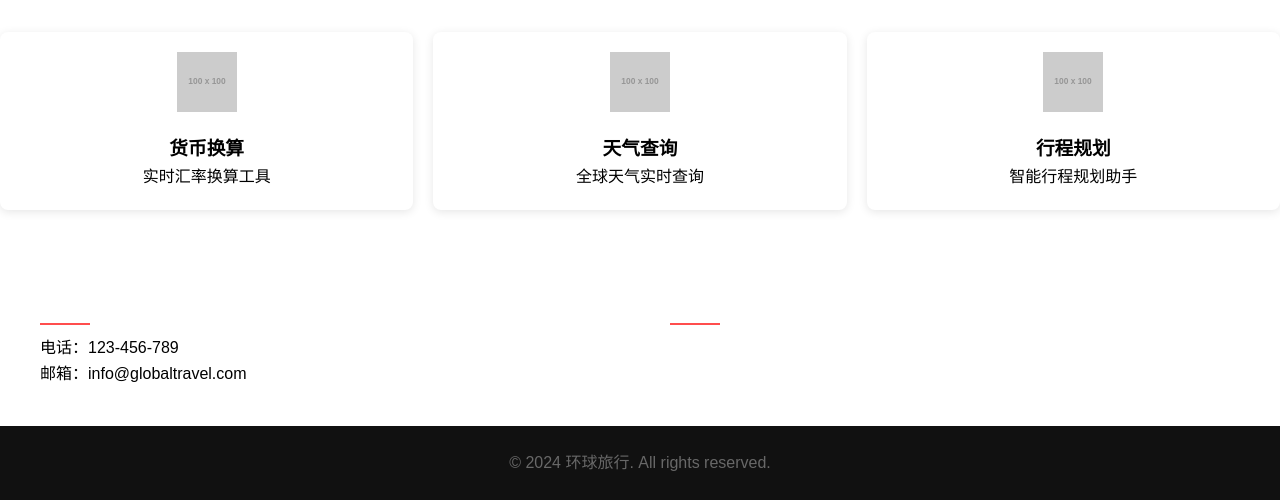
Repository: huang-heavenly-Emperor/travel_1
Page: pages/guide.html
The author's editor kept a copy of each file at every save. The page is drawn from the files as they stood at one save, then again after the next save.
The browser window is 1280 px wide. The pictures show the part of the page from y = 1397 to 2349 px (the page is 1897 px tall before and 2423 px after).

Above is the page before, as saved 2024-11-18 03:40:38.
Not found: css/common.css

### pages/guide.html
<!DOCTYPE html>
<html lang="zh">

<head>
  <meta charset="UTF-8">
  <title>旅游指南 - 环球旅行</title>
  <link rel="stylesheet" href="../css/common.css">
  <link rel="stylesheet" href="../css/style.css">
  <link rel="stylesheet" href="../css/guide.css">
</head>

<body>
    <!-- 导航栏 -->
    <nav class="main-nav">
      <div class="nav-logo">
          <h1>环球旅行</h1>
      </div>

      <!-- 汉堡菜单按钮 -->
      <div class="hamburger">
          <span></span>
          <span></span>
          <span></span>
      </div>

      <!-- 导航菜单 -->
      <div class="nav-menu">
          <ul class="nav-links">
              <li><a href="../index.html">首页</a></li>
              <li><a href="about.html" class="active">关于我们</a></li>
              <li><a href="destinations.html">目的地</a></li>
              <li><a href="travel-tips.html">旅游指南</a></li>
              <li><a href="news-events.html">新闻活动</a></li>
              <li><a href="contact.html">联系我们</a></li>
          </ul>
          <div class="theme-switch">
            <button class="theme-toggle" aria-label="切换主题">
                <i class="fas fa-sun light-icon"></i>
                <i class="fas fa-moon dark-icon"></i>
            </button>
        </div>
          <div class="nav-auth">
              <a href="login.html" class="btn-login">登录</a>
              <a href="register.html" class="btn-register">注册</a>
          </div>
      </div>
  </nav>

  <!-- 页面头部 -->
  <header class="about-header">
      <div class="header-content">
          <h1>关于我们</h1>
          <p>探索世界，创造回忆</p>
      </div>
  </header>
  <!-- 主要内容 -->
  <main>
    <!-- banner区域 -->
    <section class="banner">
      <div class="container">
        <h1>探索世界的每个角落</h1>
        <p>专业的旅游攻略，让您的旅程更加完美</p>
      </div>
    </section>

    <!-- 目的地分类 -->
    <section class="destination-category">
      <div class="container">
        <h2>目的地分类</h2>
        <div class="category-grid">
          <div class="category-item">
            <img src="https://picsum.photos/300/200?random=1" alt="亚洲">
            <h3>亚洲</h3>
            <p>探索东方文化与美食</p>
          </div>
          <div class="category-item">
            <img src="https://picsum.photos/300/200?random=2" alt="欧洲">
            <h3>欧洲</h3>
            <p>感受历史与艺术的魅力</p>
          </div>
          <div class="category-item">
            <img src="https://picsum.photos/300/200?random=3" alt="美洲">
            <h3>美洲</h3>
            <p>体验自然与现代的融合</p>
          </div>
        </div>
      </div>
    </section>

    <!-- 热门攻略 -->
    <section class="popular-guides">
      <div class="container">
        <h2>热门攻略</h2>
        <div class="guide-grid">
          <article class="guide-card">
            <img src="https://picsum.photos/400/300?random=4" alt="日本旅游攻略">
            <div class="guide-content">
              <h3>日本旅游攻略</h3>
              <p>包含交通、住宿、美食等详细信息</p>
              <a href="#" class="btn">查看详情</a>
            </div>
          </article>
          <article class="guide-card">
            <img src="https://picsum.photos/400/300?random=5" alt="泰国旅游攻略">
            <div class="guide-content">
              <h3>泰国旅游攻略</h3>
              <p>曼谷、清迈、普吉岛深度游</p>
              <a href="#" class="btn">查看详情</a>
            </div>
          </article>
          <article class="guide-card">
            <img src="https://picsum.photos/400/300?random=6" alt="意大利旅游攻略">
            <div class="guide-content">
              <h3>意大利旅游攻略</h3>
              <p>罗马、威尼斯、佛罗伦萨精选路线</p>
              <a href="#" class="btn">查看详情</a>
            </div>
          </article>
        </div>
      </div>
    </section>

    <!-- 实用工具 -->
    <section class="travel-tools">
      <div class="container">
        <h2>实用工具</h2>
        <div class="tools-grid">
          <div class="tool-item">
            <img src="https://via.placeholder.com/100?text=Tool1" alt="货币换算">
            <h3>货币换算</h3>
            <p>实时汇率换算工具</p>
          </div>
          <div class="tool-item">
            <img src="https://via.placeholder.com/100?text=Tool2" alt="天气查询">
            <h3>天气查询</h3>
            <p>全球天气实时查询</p>
          </div>
          <div class="tool-item">
            <img src="https://via.placeholder.com/100?text=Tool3" alt="行程规划">
            <h3>行程规划</h3>
            <p>智能行程规划助手</p>
          </div>
        </div>
      </div>
    </section>
  </main>

  <!-- 页脚 -->
  <footer>
    <div class="container">
      <div class="footer-content">
        <div class="footer-section">
          <h3>联系我们</h3>
          <p>电话：123-456-789</p>
          <p>邮箱：info@globaltravel.com</p>
        </div>
        <div class="footer-section">
          <h3>关注我们</h3>
          <div class="social-links">
            <a href="#">微信</a>
            <a href="#">微博</a>
            <a href="#">抖音</a>
          </div>
        </div>
      </div>
      <div class="footer-bottom">
        <p>&copy; 2024 环球旅行. All rights reserved.</p>
      </div>
    </div>
  </footer>
</body>

</html>

### css/style.css
/* 基础样式 */
* {
    margin: 0;
    padding: 0;
    box-sizing: border-box;
}

body {
    font-family: 'Microsoft YaHei', sans-serif;
    line-height: 1.6;
    background-color: var(--bg-primary);
    color: var(--text-primary);
}

/* 导航栏样式 */
.main-nav {
    position: fixed;
    top: 0;
    left: 0;
    width: 100%;
    background: var(--bg-primary);
    padding: 1rem 5%;
    display: flex;
    justify-content: space-between;
    align-items: center;
    z-index: 1000;
    box-shadow: 0 2px 10px var(--shadow-color);
}

.nav-logo h1 {
    font-size: 1.5rem;
    color: #333;
}

.nav-links {
    display: flex;
    list-style: none;
    gap: 2rem;
}

.nav-links a {
    text-decoration: none;
    color: var(--text-primary);
    font-weight: 500;
    transition: color 0.3s ease;
}

.nav-links a:hover,
.nav-links a.active {
    color: var(--primary-color);
}

.nav-auth {
    display: flex;
    gap: 1rem;
}

.btn-login,
.btn-register {
    padding: 0.5rem 1rem;
    border-radius: 5px;
    text-decoration: none;
    transition: all 0.3s ease;
}

.btn-login {
    color: #ff4d4d;
    border: 1px solid #ff4d4d;
}

.btn-register {
    background: #ff4d4d;
    color: #fff;
}

.btn-login:hover {
    background: #ff4d4d;
    color: #fff;
}

.btn-register:hover {
    background: #ff3333;
}

/* 轮播图样式优化 */
.hero-slider {
    height: 100vh;
    position: relative;
    overflow: hidden;
}

.slide {
    position: relative;
    height: 100%;
}

.slide img {
    width: 100%;
    height: 100%;
    object-fit: cover;
}

.slide-content {
    position: absolute;
    top: 50%;
    left: 10%;
    transform: translateY(-50%);
    color: #fff;
    max-width: 600px;
    text-shadow: 2px 2px 4px rgba(0,0,0,0.3);
}

.slide-content h2 {
    font-size: 3.5rem;
    margin-bottom: 1rem;
    opacity: 0;
    transform: translateY(20px);
    animation: fadeInUp 0.8s forwards;
}

.slide-content p {
    font-size: 1.2rem;
    margin-bottom: 2rem;
    opacity: 0;
    transform: translateY(20px);
    animation: fadeInUp 0.8s 0.2s forwards;
}

.btn-explore {
    display: inline-block;
    padding: 1rem 2rem;
    background: #ff4d4d;
    color: #fff;
    text-decoration: none;
    border-radius: 30px;
    transition: all 0.3s ease;
    opacity: 0;
    transform: translateY(20px);
    animation: fadeInUp 0.8s 0.4s forwards;
}

.btn-explore:hover {
    background: #ff3333;
    transform: translateY(-2px);
    box-shadow: 0 5px 15px rgba(255,77,77,0.3);
}

/* 特色目的地样式 */
.featured-destinations {
  padding: 4rem 5%;
}

.section-header {
  text-align: center;
  margin-bottom: 3rem;
}

.destination-grid {
  display: grid;
  grid-template-columns: repeat(auto-fit, minmax(280px, 1fr));
  gap: 2rem;
}

.destination-card {
    position: relative;
    border-radius: 15px;
    overflow: hidden;
    box-shadow: 0 10px 20px rgba(0,0,0,0.1);
    transition: all 0.3s ease;
}

.destination-card:hover {
    transform: translateY(-10px);
    box-shadow: 0 15px 30px rgba(0,0,0,0.2);
}

.destination-image {
    position: relative;
    height: 400px;
}

.destination-image img {
    width: 100%;
    height: 100%;
    object-fit: cover;
    transition: transform 0.3s ease;
}

.destination-card:hover .destination-image img {
    transform: scale(1.1);
}

.destination-overlay {
    position: absolute;
    bottom: 0;
    left: 0;
    right: 0;
    background: linear-gradient(transparent, rgba(0,0,0,0.8));
    padding: 2rem;
    color: #fff;
    transform: translateY(100%);
    transition: transform 0.3s ease;
}

.destination-card:hover .destination-overlay {
    transform: translateY(0);
    opacity: 1;
}

.destination-info {
    position: absolute;
    bottom: 0;
    left: 0;
    right: 0;
    background: rgba(0,0,0,0.5);
    padding: 1.5rem;
    color: #fff;
    transform: translateY(100%);
    transition: transform 0.3s ease;
}

.destination-card:hover .destination-info {
    transform: translateY(0);
}

.destination-info h3 {
    font-size: 2rem;
    margin-bottom: 0.5rem;
}

.destination-info p {
    font-size: 1.2rem;
    margin-bottom: 1rem;
}

.destination-meta {
    display: flex;
    justify-content: space-between;
    align-items: center;
    margin-bottom: 1rem;
}

.destination-meta span {
    display: flex;
    align-items: center;
    font-size: 1.2rem;
}

.destination-meta i {
    margin-right: 0.5rem;
}

.btn-explore {
    display: inline-block;
    padding: 1rem 2rem;
    background: #ff4d4d;
    color: #fff;
    text-decoration: none;
    border-radius: 30px;
    transition: all 0.3s ease;
    opacity: 0;
    transform: translateY(20px);
    animation: fadeInUp 0.8s 0.4s forwards;
}

.btn-explore:hover {
    background: #ff3333;
    transform: translateY(-2px);
    box-shadow: 0 5px 15px rgba(255,77,77,0.3);
}

/* 页脚样式 */
.footer {
    background: #303036;
    color: #d3d3d3;
    padding: 20px 0;
    position: relative;
    bottom: 0;
    width: 100%;
}

.footer-content {
    display: flex;
    justify-content: space-around;
    flex-wrap: wrap;
    padding: 20px;
    gap: 20px;
}

.footer-section {
    flex: 1;
    min-width: 300px;
    padding: 20px;
}

.footer-section h3 {
    color: white;
    margin-bottom: 15px;
    position: relative;
}

.footer-section h3::before {
    content: '';
    position: absolute;
    left: 0;
    bottom: -5px;
    width: 50px;
    height: 2px;
    background: #ff4d4d;
}

.footer-section.about p {
    margin: 15px 0;
}

.socials {
    margin-top: 20px;
}

.socials a {
    display: inline-block;
    width: 35px;
    height: 35px;
    background: #ff4d4d;
    color: white;
    text-align: center;
    line-height: 35px;
    margin-right: 10px;
    border-radius: 5px;
    transition: all 0.3s;
}

.socials a:hover {
    background: #fff;
    color: #ff4d4d;
    transform: translateY(-5px);
}

.footer-section.links ul {
    list-style: none;
}

.footer-section.links ul li {
    margin-bottom: 10px;
}

.footer-section.links ul li a {
    color: #d3d3d3;
    text-decoration: none;
    transition: color 0.3s;
}

.footer-section.links ul li a:hover {
    color: white;
    padding-left: 10px;
}

.footer-section.contact span {
    display: block;
    margin-bottom: 10px;
}

.footer-bottom {
    text-align: center;
    padding: 10px;
    background: #343a40;
    color: #686868;
}

/* 汉堡菜单样式 */
.hamburger {
    display: none;
    cursor: pointer;
    width: 30px;
    height: 20px;
    position: relative;
    z-index: 1001;
}

.hamburger span {
    display: block;
    width: 100%;
    height: 2px;
    background: #333;
    position: absolute;
    transition: all 0.3s ease;
}

.hamburger span:first-child {
    top: 0;
}

.hamburger span:nth-child(2) {
    top: 9px;
}

.hamburger span:last-child {
    top: 18px;
}

/* 汉堡菜单激活状态 */
.hamburger.active span:first-child {
    transform: rotate(45deg);
    top: 9px;
}

.hamburger.active span:nth-child(2) {
    opacity: 0;
}

.hamburger.active span:last-child {
    transform: rotate(-45deg);
    top: 9px;
}

/* 导航菜单样式 */
.nav-menu {
    display: flex;
    align-items: center;
    gap: 2rem;
}

.nav-auth {
    display: flex;
    gap: 1rem;
}

/* 防止菜单打开时背景滚动 */
body.no-scroll {
    overflow: hidden;
}

/* 菜单展开时的遮罩 */
.nav-menu::before {
    content: '';
    position: fixed;
    top: 0;
    left: 0;
    width: 100%;
    height: 100%;
    background: rgba(0, 0, 0, 0.5);
    opacity: 0;
    visibility: hidden;
    transition: 0.3s ease;
}

.nav-menu.active::before {
    opacity: 1;
    visibility: visible;
}

/* 特色服务样式 */
.features {
    padding: 5rem 0;
    background: #f8f9fa;
}

.features-grid {
    display: grid;
    grid-template-columns: repeat(auto-fit, minmax(250px, 1fr));
    gap: 2rem;
    margin-top: 3rem;
}

.feature-item {
    text-align: center;
    padding: 2rem;
    background: #fff;
    border-radius: 15px;
    transition: all 0.3s ease;
    box-shadow: 0 5px 15px rgba(0,0,0,0.05);
}

.feature-item:hover {
    transform: translateY(-10px);
    box-shadow: 0 15px 30px rgba(0,0,0,0.1);
}

.feature-item i {
    font-size: 2.5rem;
    color: #ff4d4d;
    margin-bottom: 1.5rem;
}

.feature-item h3 {
    margin-bottom: 1rem;
    color: #333;
}

.feature-item p {
    color: #666;
}

/* 旅游攻略样式 */
.travel-guides {
    padding: 5rem 0;
    background: #fff;
}

.guides-grid {
    display: grid;
    grid-template-columns: repeat(auto-fit, minmax(300px, 1fr));
    gap: 2rem;
    margin-top: 3rem;
}

.guide-card {
    background: #fff;
    border-radius: 15px;
    overflow: hidden;
    box-shadow: 0 5px 15px rgba(0,0,0,0.05);
    transition: all 0.3s ease;
}

.guide-card:hover {
    transform: translateY(-10px);
    box-shadow: 0 15px 30px rgba(0,0,0,0.1);
}

.guide-image {
    position: relative;
    height: 200px;
}

.guide-image img {
    width: 100%;
    height: 100%;
    object-fit: cover;
}

.guide-category {
    position: absolute;
    top: 1rem;
    right: 1rem;
    background: #ff4d4d;
    color: #fff;
    padding: 0.5rem 1rem;
    border-radius: 20px;
    font-size: 0.9rem;
}

.guide-content {
    padding: 1.5rem;
}

.guide-meta {
    display: flex;
    gap: 1rem;
    margin: 1rem 0;
    color: #666;
    font-size: 0.9rem;
}

.btn-read {
    display: inline-block;
    padding: 0.8rem 1.5rem;
    background: #ff4d4d;
    color: #fff;
    text-decoration: none;
    border-radius: 25px;
    transition: all 0.3s ease;
}

.btn-read:hover {
    background: #ff3333;
    transform: translateY(-2px);
}

/* 用户评价样式 */
.testimonials {
    padding: 5rem 0;
    background: #f8f9fa;
}

.testimonials-slider {
    position: relative;
    max-width: 1200px;
    margin: 0 auto;
    overflow: hidden;
}

.testimonial-card {
    background: #fff;
    border-radius: 15px;
    padding: 2rem;
    margin: 1rem;
    box-shadow: 0 5px 15px rgba(0,0,0,0.05);
}

.testimonial-header {
    display: flex;
    align-items: center;
    gap: 1rem;
    margin-bottom: 1.5rem;
}

.user-avatar {
    width: 60px;
    height: 60px;
    border-radius: 50%;
    object-fit: cover;
}

.rating {
    color: #ffd700;
    margin-top: 0.5rem;
}

.testimonial-content {
    font-style: italic;
    color: #666;
    margin-bottom: 1.5rem;
}

.testimonial-footer {
    display: flex;
    justify-content: space-between;
    color: #999;
    font-size: 0.9rem;
}

/* 页脚样式优化 */
.footer {
    background: #1a1a1a;
    color: #fff;
}

.footer-top {
    padding: 5rem 0;
}

.footer-grid {
    display: grid;
    grid-template-columns: repeat(auto-fit, minmax(250px, 1fr));
    gap: 3rem;
}

.footer h3 {
    color: #fff;
    margin-bottom: 1.5rem;
    position: relative;
    padding-bottom: 1rem;
}

.footer h3::after {
    content: '';
    position: absolute;
    left: 0;
    bottom: 0;
    width: 50px;
    height: 2px;
    background: #ff4d4d;
}

.footer-company p {
    margin-bottom: 1.5rem;
    color: #999;
}

.social-links {
    display: flex;
    gap: 1rem;
}

.social-links a {
    color: #fff;
    font-size: 1.2rem;
    transition: color 0.3s ease;
}

.social-links a:hover {
    color: #ff4d4d;
}

.footer-links ul,
.footer-destinations ul,
.footer-contact ul {
    list-style: none;
}

.footer-links li,
.footer-destinations li,
.footer-contact li {
    margin-bottom: 1rem;
}

.footer-links a,
.footer-destinations a {
    color: #999;
    text-decoration: none;
    transition: color 0.3s ease;
}

.footer-links a:hover,
.footer-destinations a:hover {
    color: #ff4d4d;
}

.footer-contact li {
    display: flex;
    align-items: center;
    gap: 1rem;
    color: #999;
}

.footer-newsletter {
    padding: 3rem 0;
    background: #222;
}

.newsletter-content {
    text-align: center;
    max-width: 600px;
    margin: 0 auto;
}

.newsletter-form {
    display: flex;
    gap: 1rem;
    margin-top: 1.5rem;
}

.newsletter-form input {
    flex: 1;
    padding: 1rem;
    border: none;
    border-radius: 25px;
    background: #333;
    color: #fff;
}

.newsletter-form button {
    padding: 1rem 2rem;
    background: #ff4d4d;
    color: #fff;
    border: none;
    border-radius: 25px;
    cursor: pointer;
    transition: background 0.3s ease;
}

.newsletter-form button:hover {
    background: #ff3333;
}

.footer-bottom {
    padding: 1.5rem 0;
    background: #111;
}

.footer-bottom-content {
    display: flex;
    justify-content: space-between;
    align-items: center;
}

.footer-bottom-links {
    display: flex;
    gap: 2rem;
}

.footer-bottom-links a {
    color: #999;
    text-decoration: none;
    transition: color 0.3s ease;
}

.footer-bottom-links a:hover {
    color: #ff4d4d;
}

/* 主题切换按钮样式 */
.theme-switch {
    margin-right: 1rem;
}

.theme-toggle {
    background: none;
    border: none;
    padding: 0.5rem;
    cursor: pointer;
    position: relative;
    width: 40px;
    height: 40px;
    border-radius: 50%;
    background: var(--bg-secondary);
    transition: all 0.3s ease;
}

.theme-toggle:hover {
    background: var(--bg-accent);
}

.theme-toggle i {
    font-size: 1.2rem;
    color: var(--text-primary);
    position: absolute;
    top: 50%;
    left: 50%;
    transform: translate(-50%, -50%);
    transition: all 0.3s ease;
}

.theme-toggle .light-icon {
    opacity: 0;
}

[data-theme="dark"] .theme-toggle .light-icon {
    opacity: 1;
}

[data-theme="dark"] .theme-toggle .dark-icon {
    opacity: 0;
}

/* 添加图片加载状态样式 */
.img-wrapper {
    position: relative;
    background: var(--bg-secondary);
    overflow: hidden;
}

.img-wrapper::before {
    content: '';
    display: block;
    padding-top: 56.25%; /* 16:9 比例 */
}

.img-wrapper img {
    position: absolute;
    top: 0;
    left: 0;
    width: 100%;
    height: 100%;
    object-fit: cover;
    opacity: 0;
    transition: opacity 0.3s ease;
}

.img-wrapper img.loaded {
    opacity: 1;
}

/* 添加加载动画 */
.img-wrapper::after {
    content: '';
    position: absolute;
    top: 0;
    left: -100%;
    width: 50%;
    height: 100%;
    background: linear-gradient(
        90deg,
        transparent,
        rgba(255, 255, 255, 0.2),
        transparent
    );
    animation: loading 1.5s infinite;
}

@keyframes loading {
    to {
        left: 100%;
    }
}

.nav-container {
  position: fixed;
  top: 0;
  width: 100%;
  background: #fff;
  box-shadow: 0 2px 4px rgba(0,0,0,0.1);
  z-index: 100;
}

.nav-list {
  display: flex;
  justify-content: center;
  list-style: none;
  margin: 0;
  padding: 0;
}

.nav-item {
  padding: 1rem;
}

.nav-item a {
  text-decoration: none;
  color: #333;
  transition: color 0.3s;
}

.nav-item a:hover {
  color: #007bff;
}

### css/guide.css
/* Banner样式 */
.banner {
    background: linear-gradient(rgba(0,0,0,0.5), rgba(0,0,0,0.5)),
                url('https://picsum.photos/1200/400?random=10');
    background-size: cover;
    background-position: center;
    color: white;
    text-align: center;
    padding: 100px 0;
    margin-top: 60px;
}

/* 目的地分类 */
.category-grid {
    display: grid;
    grid-template-columns: repeat(auto-fit, minmax(300px, 1fr));
    gap: 30px;
    margin: 40px 0;
}

.category-item {
    text-align: center;
    transition: transform 0.3s;
}

.category-item:hover {
    transform: translateY(-10px);
}

.category-item img {
    width: 100%;
    border-radius: 8px;
    margin-bottom: 15px;
}

/* 热门攻略 */
.guide-grid {
    display: grid;
    grid-template-columns: repeat(auto-fit, minmax(300px, 1fr));
    gap: 30px;
    margin: 40px 0;
}

.guide-card {
    background: white;
    border-radius: 8px;
    overflow: hidden;
    box-shadow: 0 2px 10px rgba(0,0,0,0.1);
}

.guide-card img {
    width: 100%;
    height: 200px;
    object-fit: cover;
}

.guide-content {
    padding: 20px;
}

.btn {
    display: inline-block;
    padding: 10px 20px;
    background: #007bff;
    color: white;
    text-decoration: none;
    border-radius: 4px;
    margin-top: 15px;
}

/* 实用工具 */
.tools-grid {
    display: grid;
    grid-template-columns: repeat(auto-fit, minmax(200px, 1fr));
    gap: 20px;
    margin: 40px 0;
}

.tool-item {
    text-align: center;
    padding: 20px;
    background: white;
    border-radius: 8px;
    box-shadow: 0 2px 10px rgba(0,0,0,0.1);
}

.tool-item img {
    width: 60px;
    height: 60px;
    margin-bottom: 15px;
}

/* 响应式调整 */
@media (max-width: 768px) {
    .category-grid,
    .guide-grid,
    .tools-grid {
        grid-template-columns: 1fr;
    }
}

After the next save:
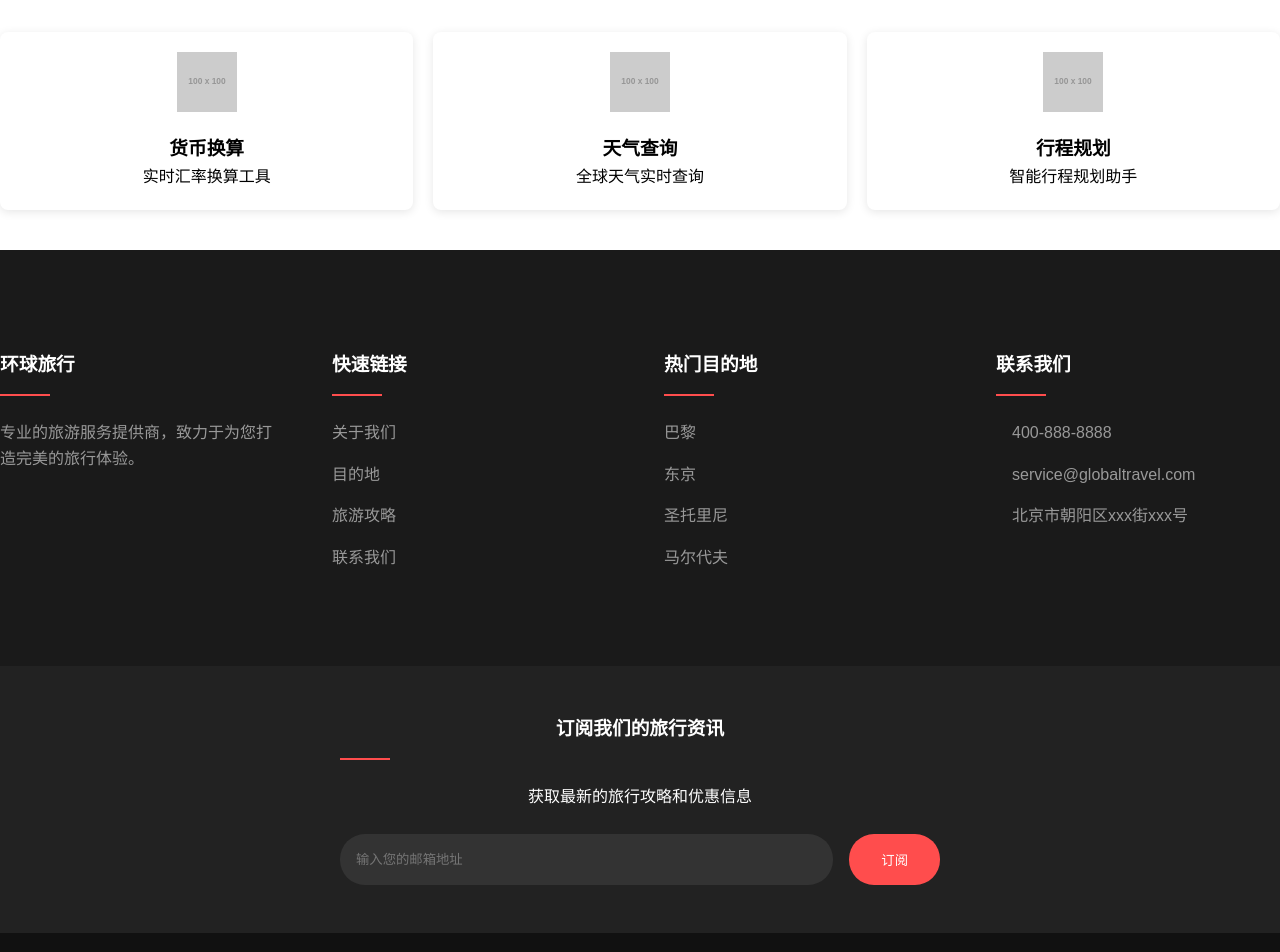
Saved 14 s later.
--- a/pages/guide.html
+++ b/pages/guide.html
@@ -145,28 +145,86 @@
     </section>
   </main>
 
-  <!-- 页脚 -->
-  <footer>
-    <div class="container">
-      <div class="footer-content">
-        <div class="footer-section">
-          <h3>联系我们</h3>
-          <p>电话：123-456-789</p>
-          <p>邮箱：info@globaltravel.com</p>
-        </div>
-        <div class="footer-section">
-          <h3>关注我们</h3>
-          <div class="social-links">
-            <a href="#">微信</a>
-            <a href="#">微博</a>
-            <a href="#">抖音</a>
-          </div>
-        </div>
-      </div>
+
+    <!-- 页脚部分 -->
+    <footer class="footer">
+      <div class="footer-top">
+          <div class="container">
+              <div class="footer-grid">
+                  <!-- 公司简介 -->
+                  <div class="footer-company">
+                      <h3>环球旅行</h3>
+                      <p>专业的旅游服务提供商，致力于为您打造完美的旅行体验。</p>
+                      <div class="social-links">
+                          <a href="#"><i class="fab fa-weixin"></i></a>
+                          <a href="#"><i class="fab fa-weibo"></i></a>
+                          <a href="#"><i class="fab fa-qq"></i></a>
+                          <a href="#"><i class="fab fa-instagram"></i></a>
+                      </div>
+                  </div>
+
+                  <!-- 快速链接 -->
+                  <div class="footer-links">
+                      <h3>快速链接</h3>
+                      <ul>
+                          <li><a href="pages/about.html">关于我们</a></li>
+                          <li><a href="pages/destinations.html">目的地</a></li>
+                          <li><a href="pages/travel-tips.html">旅游攻略</a></li>
+                          <li><a href="pages/contact.html">联系我们</a></li>
+                      </ul>
+                  </div>
+
+                  <!-- 热门目的地 -->
+                  <div class="footer-destinations">
+                      <h3>热门目的地</h3>
+                      <ul>
+                          <li><a href="#">巴黎</a></li>
+                          <li><a href="#">东京</a></li>
+                          <li><a href="#">圣托里尼</a></li>
+                          <li><a href="#">马尔代夫</a></li>
+                      </ul>
+                  </div>
+
+                  <!-- 联系方式 -->
+                  <div class="footer-contact">
+                      <h3>联系我们</h3>
+                      <ul>
+                          <li><i class="fas fa-phone"></i> 400-888-8888</li>
+                          <li><i class="fas fa-envelope"></i> service@globaltravel.com</li>
+                          <li><i class="fas fa-map-marker-alt"></i> 北京市朝阳区xxx街xxx号</li>
+                      </ul>
+                  </div>
+              </div>
+          </div>
+      </div>
+
+      <!-- 订阅newsletter -->
+      <div class="footer-newsletter">
+          <div class="container">
+              <div class="newsletter-content">
+                  <h3>订阅我们的旅行资讯</h3>
+                  <p>获取最新的旅行攻略和优惠信息</p>
+                  <form class="newsletter-form">
+                      <input type="email" placeholder="输入您的邮箱地址">
+                      <button type="submit">订阅</button>
+                  </form>
+              </div>
+          </div>
+      </div>
+
+      <!-- 页脚底部 -->
       <div class="footer-bottom">
-        <p>&copy; 2024 环球旅行. All rights reserved.</p>
-      </div>
-    </div>
+          <div class="container">
+              <div class="footer-bottom-content">
+                  <p>&copy; 2024 环球旅行 版权所有</p>
+                  <div class="footer-bottom-links">
+                      <a href="#">隐私政策</a>
+                      <a href="#">服务条款</a>
+                      <a href="#">网站地图</a>
+                  </div>
+              </div>
+          </div>
+      </div>
   </footer>
 </body>
 
